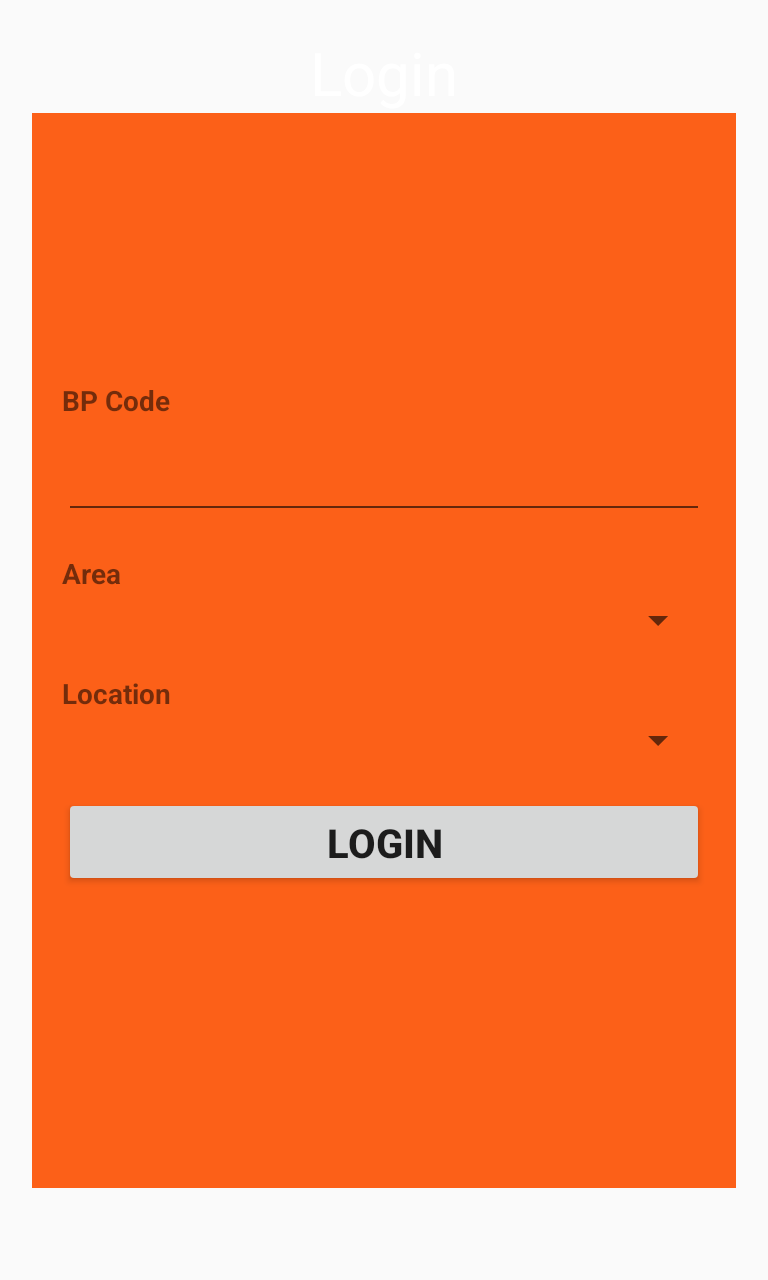
Repository: MushfiqurRahman/BLink3gApp
Layout: 3gExperience/res/layout/fragment_login.xml
The author's editor kept a copy of each file at every save. The layout is drawn from the files as they stood at one save, then again after the next save.
It is drawn on a 768 x 1280 px phone screen (xhdpi) without system bars, with theme AppTheme; the app's code is not run.

Above is the layout before, as saved 2014-05-20 17:19:11.

### 3gExperience/res/layout/fragment_login.xml
<RelativeLayout xmlns:android="http://schemas.android.com/apk/res/android"
    xmlns:tools="http://schemas.android.com/tools"
    android:layout_width="match_parent"
    android:layout_height="match_parent"
    android:paddingBottom="@dimen/activity_vertical_margin"
    android:paddingLeft="@dimen/activity_horizontal_margin"
    android:paddingRight="@dimen/activity_horizontal_margin"
    android:paddingTop="@dimen/activity_vertical_margin"
    tools:context="com.example.gexperience.LoginActivity$PlaceholderFragment" >

    <RelativeLayout
        android:id="@+id/topMain"
        android:layout_width="fill_parent"
        android:layout_height="wrap_content" >

        <TextView
            android:layout_width="wrap_content"
            android:layout_height="wrap_content"
            android:layout_centerInParent="true"
            android:layout_marginLeft="5dip"
            android:text="Login"
            android:textColor="#ffffff"
            android:textSize="30sp" />
    </RelativeLayout>

    <LinearLayout
        android:id="@+id/LinearBottom"
        android:layout_width="fill_parent"
        android:layout_height="30dp"
        android:layout_alignParentBottom="true"
        android:gravity="bottom"
        android:orientation="vertical" >
    </LinearLayout>

    <LinearLayout
        android:id="@+id/layout_login_form"
        android:layout_width="fill_parent"
        android:layout_height="fill_parent"
        android:layout_above="@id/LinearBottom"
        android:layout_below="@id/topMain"
        android:background="#FC6018"
        android:gravity="center"
        android:orientation="vertical"
        android:paddingLeft="15dp"
        android:paddingRight="15dp" >

        <LinearLayout
            android:layout_width="fill_parent"
            android:layout_height="wrap_content"
            android:layout_gravity="left" >

            <TextView
                android:id="@+id/textView3"
                android:layout_width="wrap_content"
                android:layout_height="wrap_content"
                android:layout_marginBottom="2dp"
                android:text="@string/bp_code"
                android:textStyle="bold" />
        </LinearLayout>

        <EditText
            android:id="@+id/etPassword"
            android:layout_width="match_parent"
            android:layout_height="wrap_content"
            android:layout_marginBottom="15dp"
            android:ems="10"
            android:inputType="textPassword"
            android:textSize="25sp" />

        <LinearLayout
            android:layout_width="fill_parent"
            android:layout_height="wrap_content"
            android:layout_gravity="left" >

            <TextView
                android:id="@+id/textView1"
                android:layout_width="wrap_content"
                android:layout_height="wrap_content"
                android:layout_marginBottom="2dp"
                android:text="@string/area"
                android:textStyle="bold" />
        </LinearLayout>

        <Spinner
            android:id="@+id/spnEngineer"
            android:layout_width="match_parent"
            android:layout_height="wrap_content"
            android:layout_marginBottom="15dp"
            android:drawSelectorOnTop="true"
            android:padding="5dp"
            android:spinnerMode="dropdown"
            android:textSize="30sp" />

        <LinearLayout
            android:layout_width="fill_parent"
            android:layout_height="wrap_content"
            android:layout_gravity="left" >

            <TextView
                android:id="@+id/textView2"
                android:layout_width="wrap_content"
                android:layout_height="wrap_content"
                android:layout_marginBottom="2dp"
                android:text="@string/location"
                android:textStyle="bold" />
        </LinearLayout>

        <Spinner
            android:id="@+id/spnCompany"
            android:layout_width="match_parent"
            android:layout_height="wrap_content"
            android:layout_marginBottom="15dp"
            android:padding="5dp"
            android:spinnerMode="dropdown"
            android:textSize="30sp" />

        <Button
            android:id="@+id/btnLogin"
            android:layout_width="match_parent"
            android:layout_height="wrap_content"
            android:layout_marginBottom="15dp"
            android:text="@string/login"
            android:textSize="20sp"
            android:textStyle="bold" />
    </LinearLayout>

</RelativeLayout>

### 3gExperience/res/values/strings.xml
<?xml version="1.0" encoding="utf-8"?>
<resources>

    <string name="app_name">3gExperience</string>
    <string name="hello_world">Hello world!</string>
    <string name="action_settings">Settings</string>
    <string name="title_activity_login">LoginActivity</string>
    <string name="title_activity_survey">SurveyActivity</string>
    <string name="bp_code">BP Code</string>
    <string name="area">Area</string>
    <string name="location">Location</string>
    <string name="login">Login</string>

</resources>

Loaded but not shown: 3gExperience/res/values/styles.xml (common file); 3gExperience/res/values-v11/styles.xml (common file); 3gExperience/res/values-v14/styles.xml (common file); 3gExperience/res/values/dimens.xml (common file); 3gExperience/res/values-w820dp/dimens.xml (common file)

After the next save:
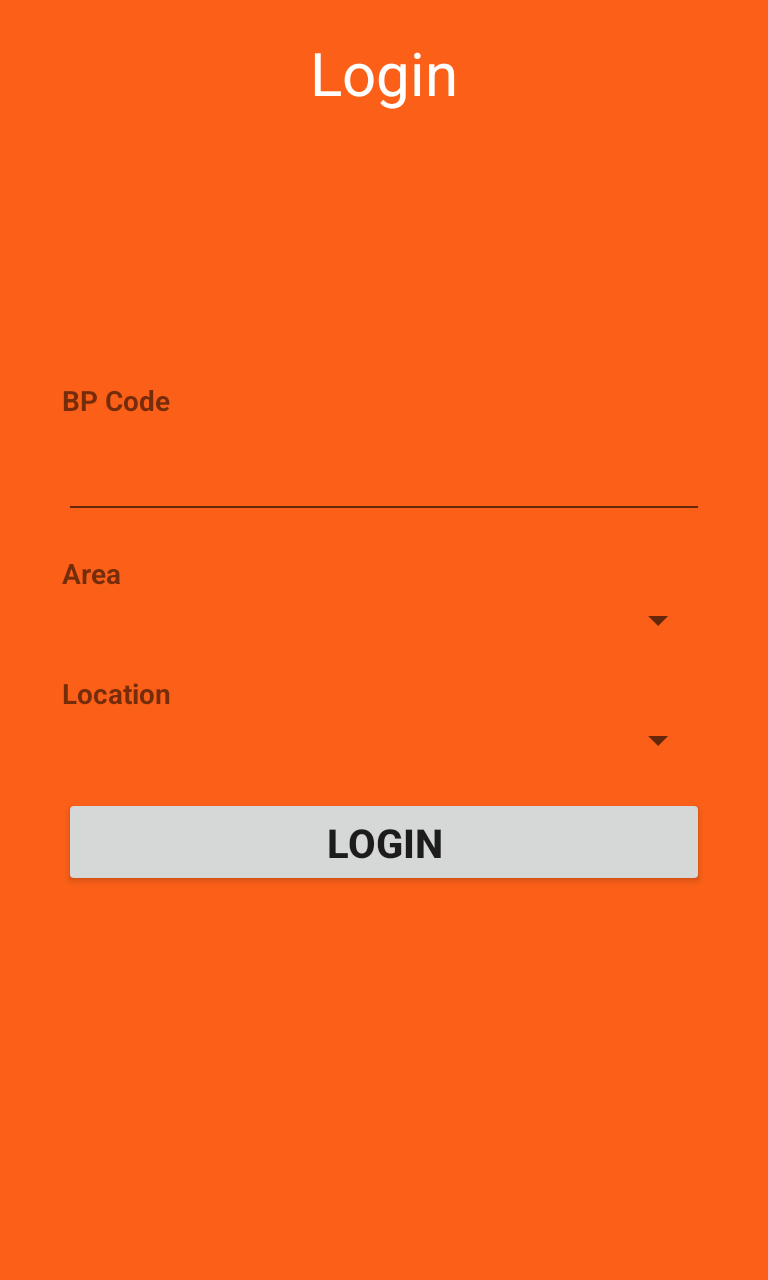
Saved 15 min 24 s later.
--- a/3gExperience/res/layout/fragment_login.xml
+++ b/3gExperience/res/layout/fragment_login.xml
@@ -6,6 +6,7 @@
     android:paddingLeft="@dimen/activity_horizontal_margin"
     android:paddingRight="@dimen/activity_horizontal_margin"
     android:paddingTop="@dimen/activity_vertical_margin"
+    android:background="#FC6018"
     tools:context="com.example.gexperience.LoginActivity$PlaceholderFragment" >
 
     <RelativeLayout
@@ -38,7 +39,7 @@
         android:layout_height="fill_parent"
         android:layout_above="@id/LinearBottom"
         android:layout_below="@id/topMain"
-        android:background="#FC6018"
+
         android:gravity="center"
         android:orientation="vertical"
         android:paddingLeft="15dp"
